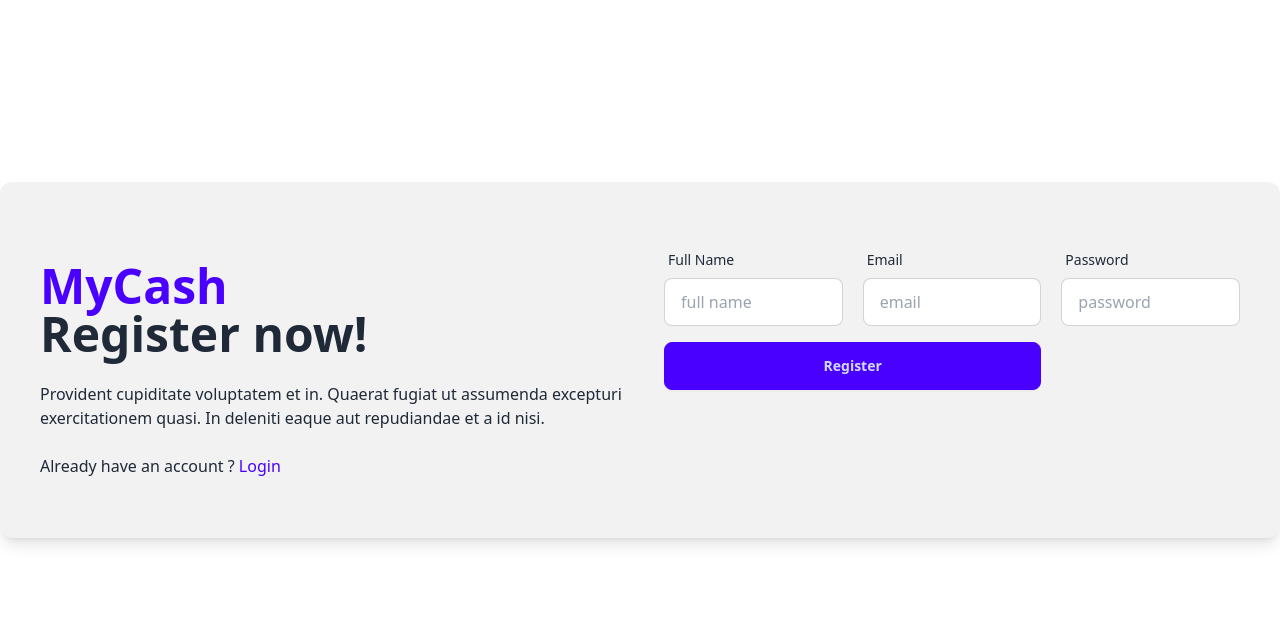
Repository: ShouravAhammed/Showcase
Page: /signUp
These files come from the project's save history. The page is drawn as it stood at one moment and after the next save; the edit follows.
The browser window is 1280 px wide. The pictures show the whole page.
The project was rebuilt for these pictures with package versions that can differ from the ones it lists, and the page was loaded fresh each time. Also part of the build but not shown: vite.config.js, src/Pages/Login/Login.jsx, src/Components/Shared/Navbar.jsx, src/Layouts/Root.jsx, src/Pages/Home/Home.jsx.

Above is the page before, as saved 2024-08-19 02:32:58.

### src/main.jsx
import { StrictMode } from 'react'
import { createRoot } from 'react-dom/client'
import {
  RouterProvider,
} from "react-router-dom";
import './index.css'
import router from './Routes/Routes';

createRoot(document.getElementById('root')).render(
  <StrictMode>
    <RouterProvider router={router}/>
  </StrictMode>,
)

### src/index.css
/* Fonts from google fonts */
@import url('https://fonts.googleapis.com/css2?family=Poppins:ital,wght@0,100;0,200;0,300;0,400;0,500;0,600;0,700;0,800;0,900;1,100;1,200;1,300;1,400;1,500;1,600;1,700;1,800;1,900&display=swap');

@tailwind base;
@tailwind components;
@tailwind utilities;

### src/Routes/Routes.jsx
import {
    createBrowserRouter,
} from "react-router-dom";
import SignUp from "../Pages/SignUp/SignUp";
import Login from "../Pages/Login/Login";
import Root from "../Layouts/Root";
import Home from "../Pages/Home/Home";

const router = createBrowserRouter([
    {
      path: "/",
      element: <Root/>,
      children: [
        {
          path: "/",
          element: <Home/>
        },
      ]
    },
    {
        path: "/signUp",
        element: <SignUp/>
    },
    {
        path: "/Login",
        element: <Login/>
    }
  ]);
export default router;

### src/Pages/SignUp/SignUp.jsx
import { Link } from "react-router-dom";

const SignUp = () => {

    const handleRegister = () => {

    }

    return (
        <div className="min-h-screen flex justify-center items-center">
        <div className="  bg-base-200 shadow-lg h-1/2 py-10 rounded-xl">
            <div className="flex flex-col gap-x-10 lg:flex-row-reverse px-10 py-5 ">
                <div className="w-full max-w-xl">
                    <form onSubmit={handleRegister} className="grid grid-cols-3 gap-x-5">
                        <div className="form-control">
                            <label className="label">
                                <span className="label-text">Full Name</span>
                            </label>
                            <input name="fullName" required type="text" placeholder="full name" className="input input-bordered" />
                        </div>
                        <div className="form-control">
                            <label className="label">
                                <span className="label-text">Email</span>
                            </label>
                            <input name="email" type="email" placeholder="email" className="input input-bordered" required />
                        </div>
                        <div className="form-control">
                            <label className="label">
                                <span className="label-text">Password</span>
                            </label>
                            <input name="password" type="password" placeholder="password" className="input input-bordered" required />

                        </div>

                        <div className="form-control mt-4 col-span-2 flex justify-center items-center">
                            <button className="btn btn-primary w-full">Register</button>
                        </div>
                    </form>
                </div>
                <div className="text-center lg:text-left max-w-2xl mt-5">
                    <div>

                        <h1 className="text-5xl font-bold text-primary">MyCash </h1>
                        <h1 className="text-5xl font-bold">Register now!</h1>
                        <p className="py-6">
                            Provident cupiditate voluptatem et in. Quaerat fugiat ut assumenda excepturi exercitationem
                            quasi. In deleniti eaque aut repudiandae et a id nisi.
                        </p>
                    </div>

                    <div>
                        <p>Already have an account ? <Link className="text-primary" to={'/login'}>Login </Link></p>
                    </div>
                </div>
            </div>
        </div>
    </div>
    );
};

export default SignUp;

### tailwind.config.js
/** @type {import('tailwindcss').Config} */
import daisyui from "daisyui";
export default {
content: ["./index.html", "./src/**/*.{js,ts,jsx,tsx}"],
theme: {
extend: {
  fontFamily: {
    "Poppins": 'font-family: "Poppins", sans-serif;',
  },
},
},
plugins: [daisyui],
daisyui: { themes: ["light"] },
};

Loaded but not shown: index.html (common file)

After the next save:
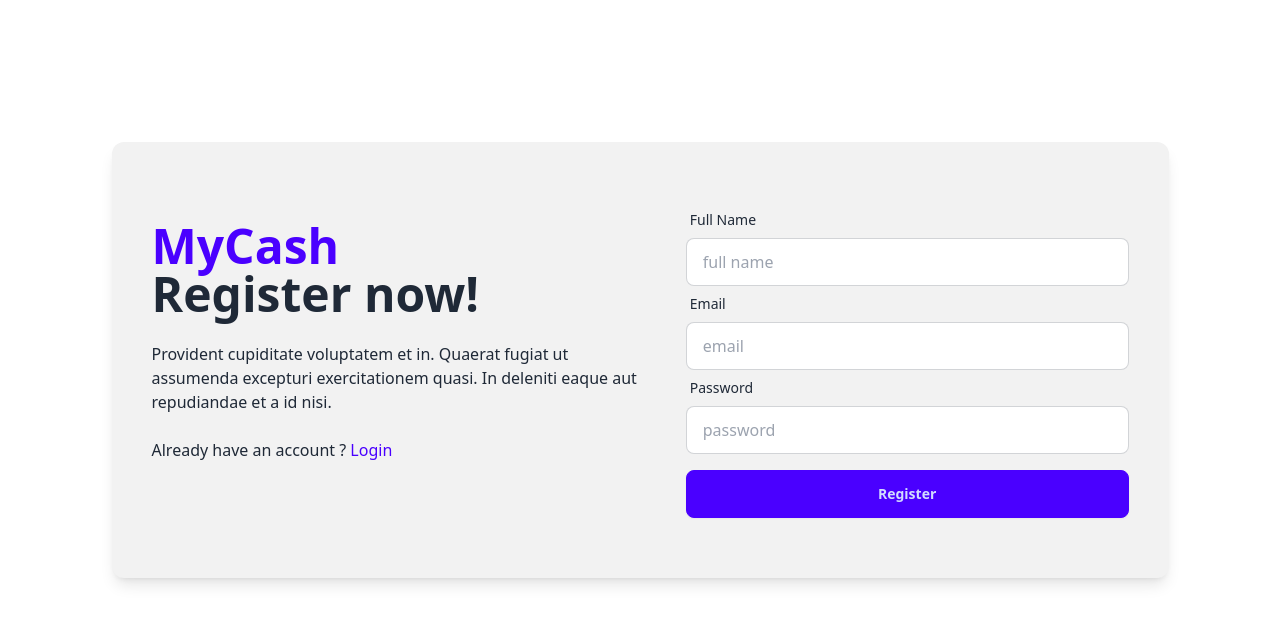
Saved 17 s later.
--- a/src/Pages/SignUp/SignUp.jsx
+++ b/src/Pages/SignUp/SignUp.jsx
@@ -11,7 +11,7 @@ const SignUp = () => {
         <div className="  bg-base-200 shadow-lg h-1/2 py-10 rounded-xl">
             <div className="flex flex-col gap-x-10 lg:flex-row-reverse px-10 py-5 ">
                 <div className="w-full max-w-xl">
-                    <form onSubmit={handleRegister} className="grid grid-cols-3 gap-x-5">
+                    <form onSubmit={handleRegister} className="gap-x-5">
                         <div className="form-control">
                             <label className="label">
                                 <span className="label-text">Full Name</span>
